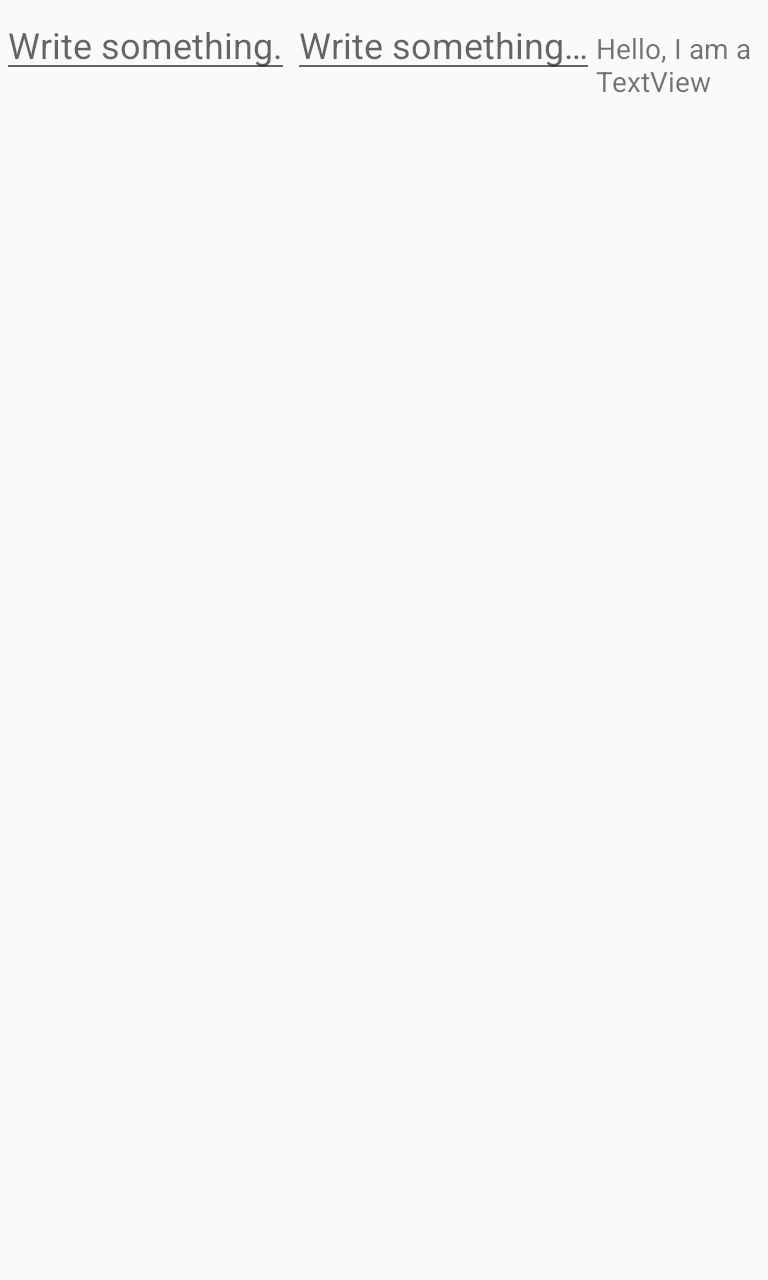
Repository: SVasilev/TimeWaste
Layout: TimeWaste/res/layout/activity_time_waste.xml
These files come from the project's save history. The layout is drawn as it stood at one moment and after the next save; the edit follows.
It is drawn on a 768 x 1280 px phone screen (xhdpi) without system bars, with theme AppTheme; the app's code is not run.

Above is the layout before, as saved 2014-07-18 23:11:58.

After the next save:
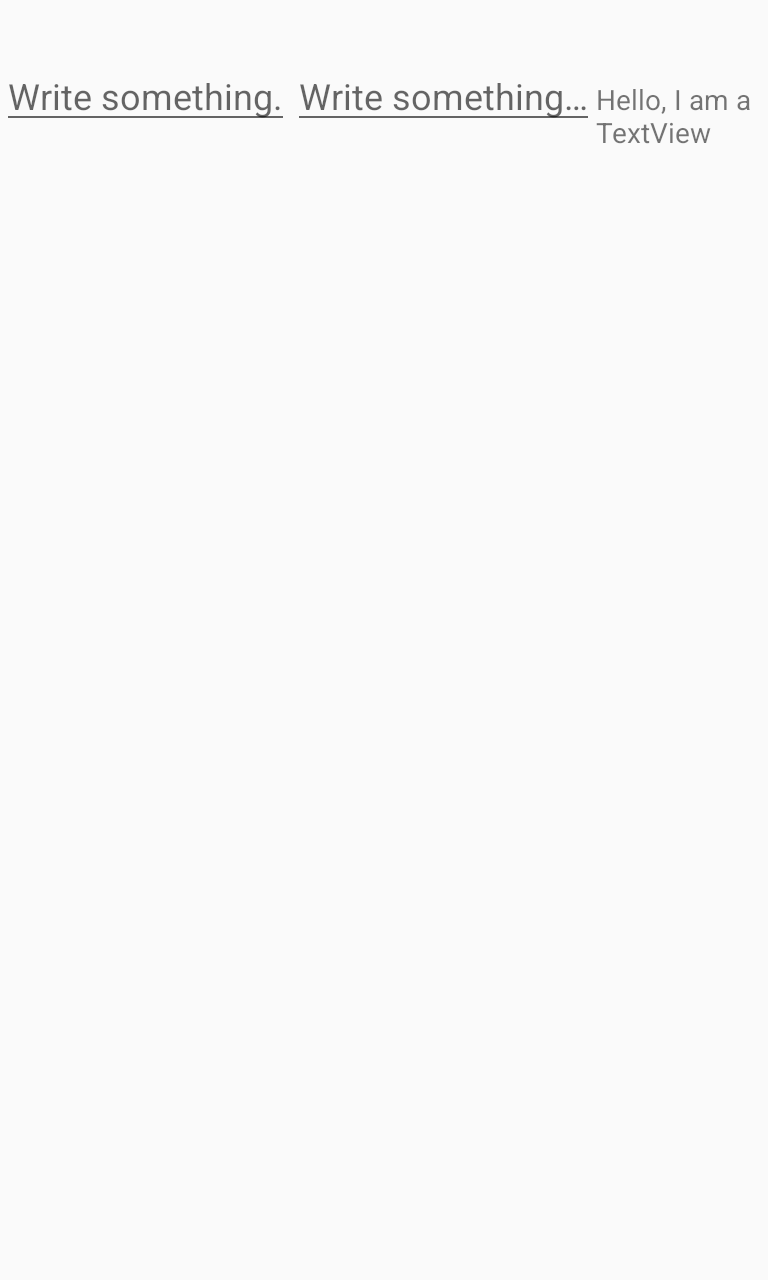
Saved 28 s later.
--- a/TimeWaste/res/layout/activity_time_waste.xml
+++ b/TimeWaste/res/layout/activity_time_waste.xml
@@ -16,7 +16,7 @@
 
     <TextView
         android:id="@+id/text"
-        android:paddingTop="4dp"
+        android:paddingTop="40dp"
               android:layout_width="wrap_content"
               android:layout_height="wrap_content"
               android:text="Hello, I am a TextView" />

After the save that followed:
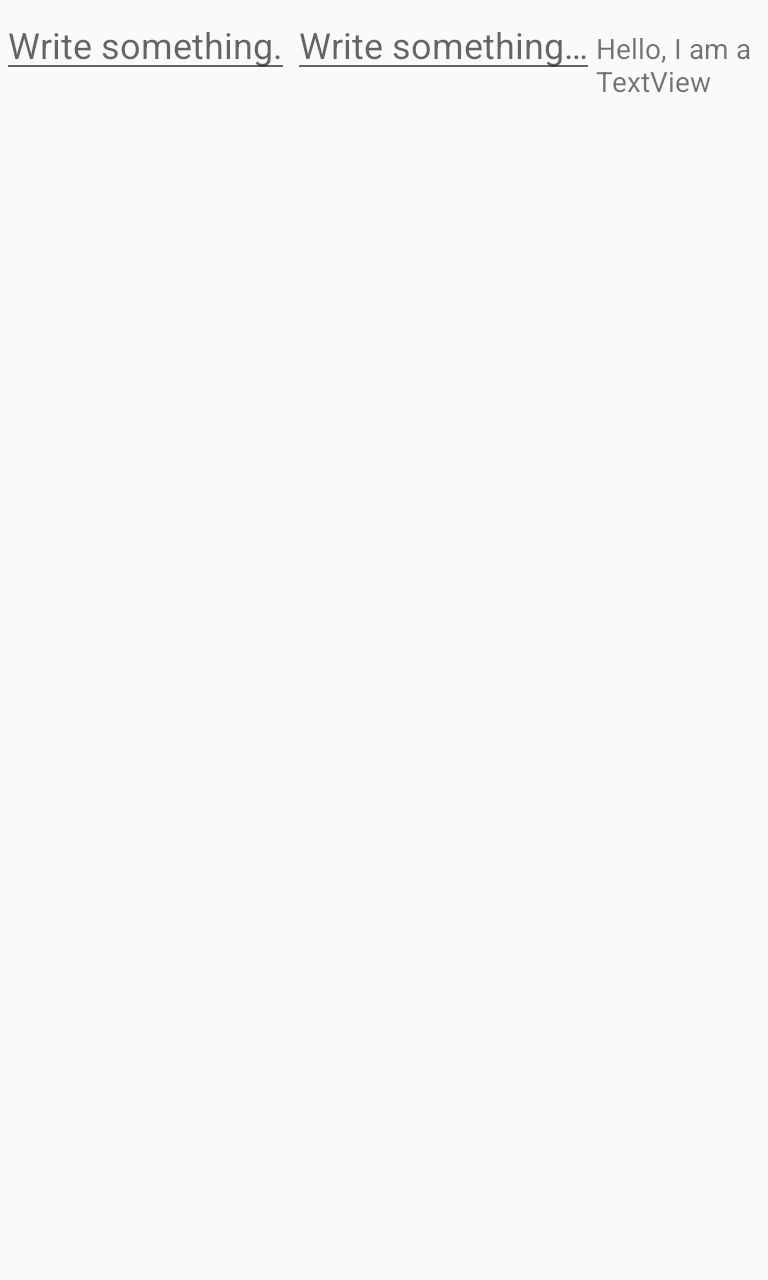
Saved 54 s later.
--- a/TimeWaste/res/layout/activity_time_waste.xml
+++ b/TimeWaste/res/layout/activity_time_waste.xml
@@ -16,7 +16,6 @@
 
     <TextView
         android:id="@+id/text"
-        android:paddingTop="40dp"
               android:layout_width="wrap_content"
               android:layout_height="wrap_content"
               android:text="Hello, I am a TextView" />
